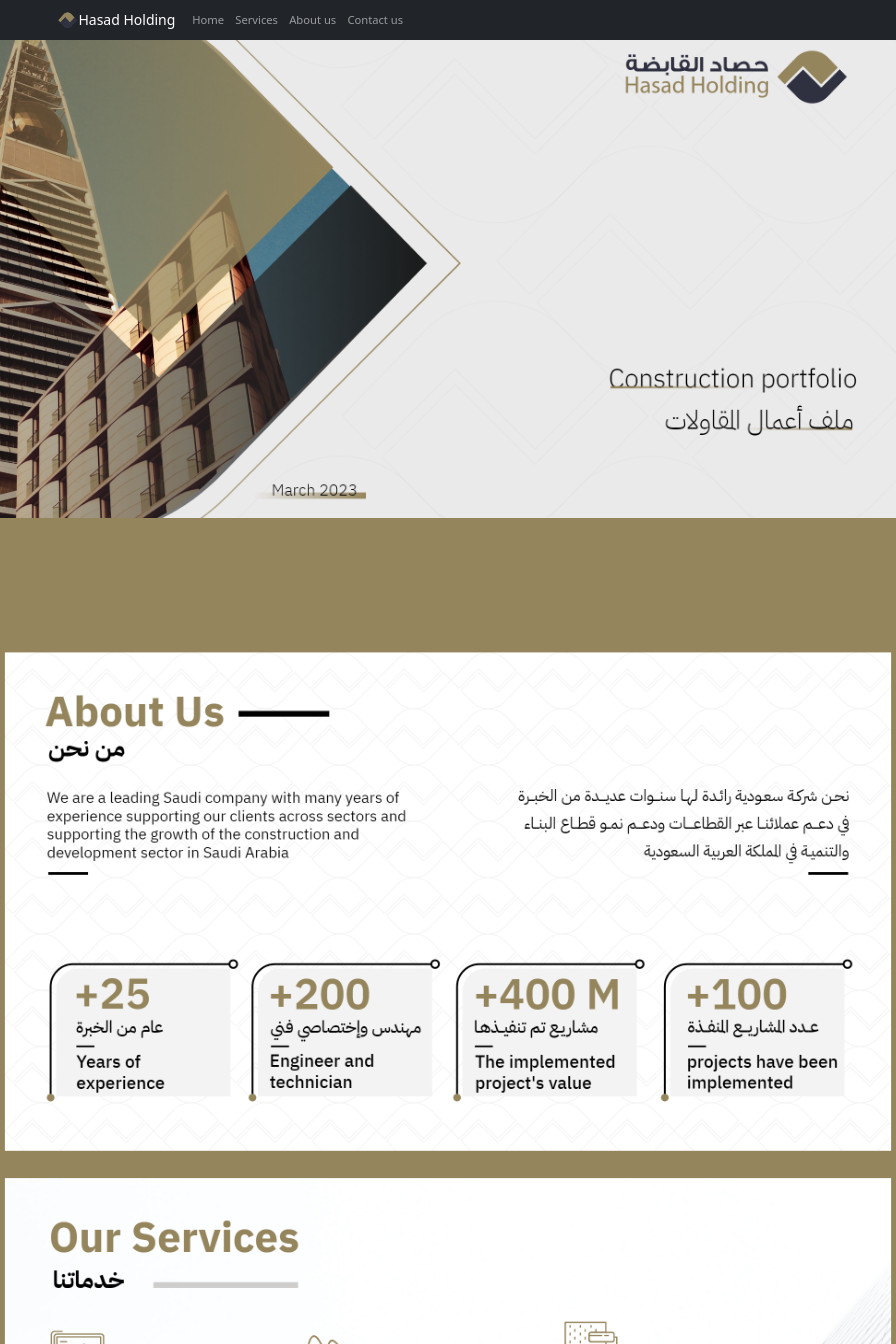
Repository: shahzaibrehman123/hasad-holding
Page: /
The author's editor kept a copy of each file at every save. The page is drawn from the files as they stood at one save, then again after the next save.
The browser window is 1280 px wide. The pictures show the part of the page from y = 0 to 1920 px (the page is 5451 px tall before and 5559 px after), at 70% of full size.
The project was rebuilt for these pictures with package versions that can differ from the ones it lists, and the page was loaded fresh each time.

Above is the page before, as saved 2023-11-07 18:40:21.

After the next save:
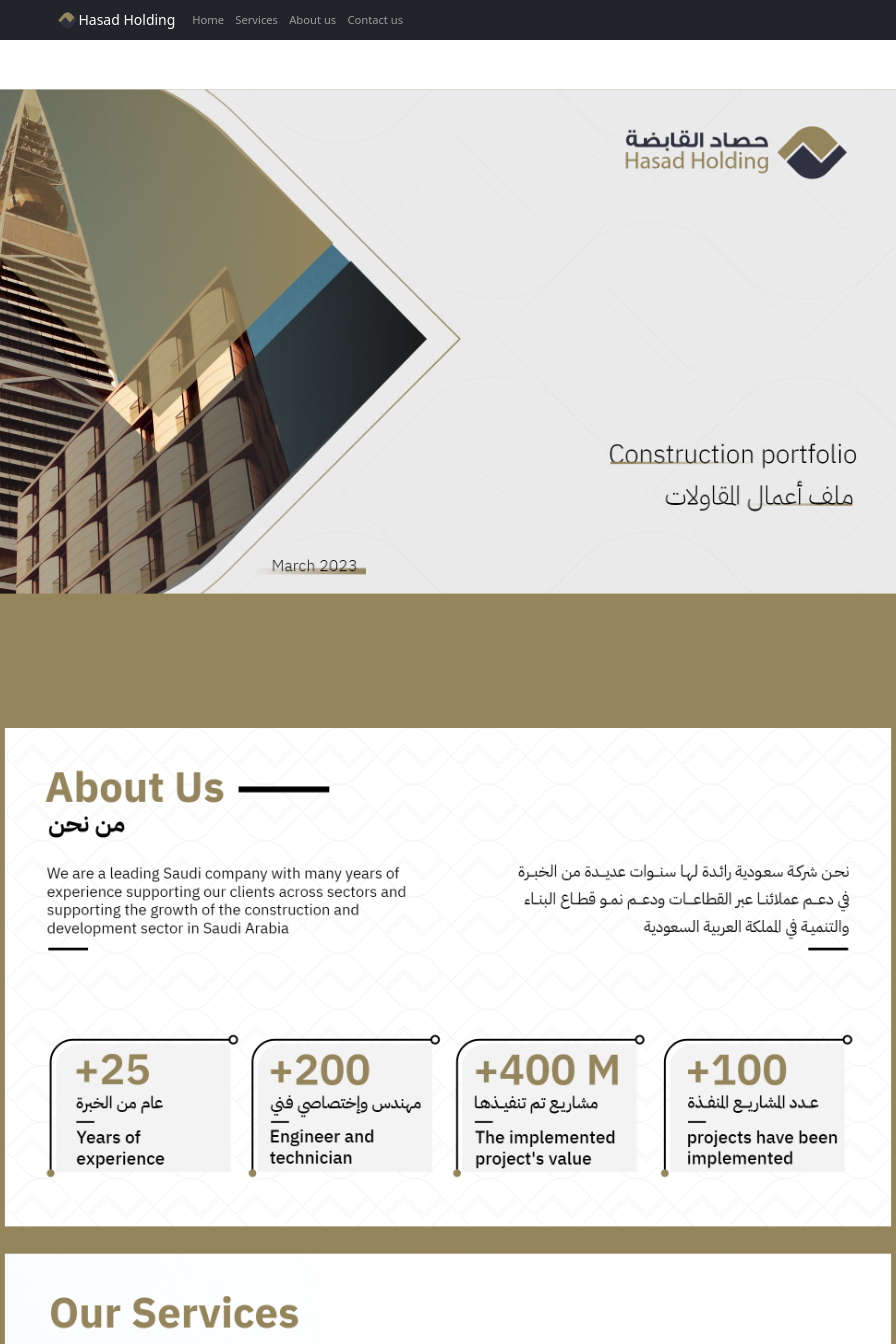
Saved 7 s later.
--- a/src/components/MainPage/style.css
+++ b/src/components/MainPage/style.css
@@ -1,5 +1,5 @@
 .main-container{
-    margin:20px 0px 15% 0px;
+    margin:10% 0px 15% 0px;
     height: 100vh;
 }
 .img-responsive {
